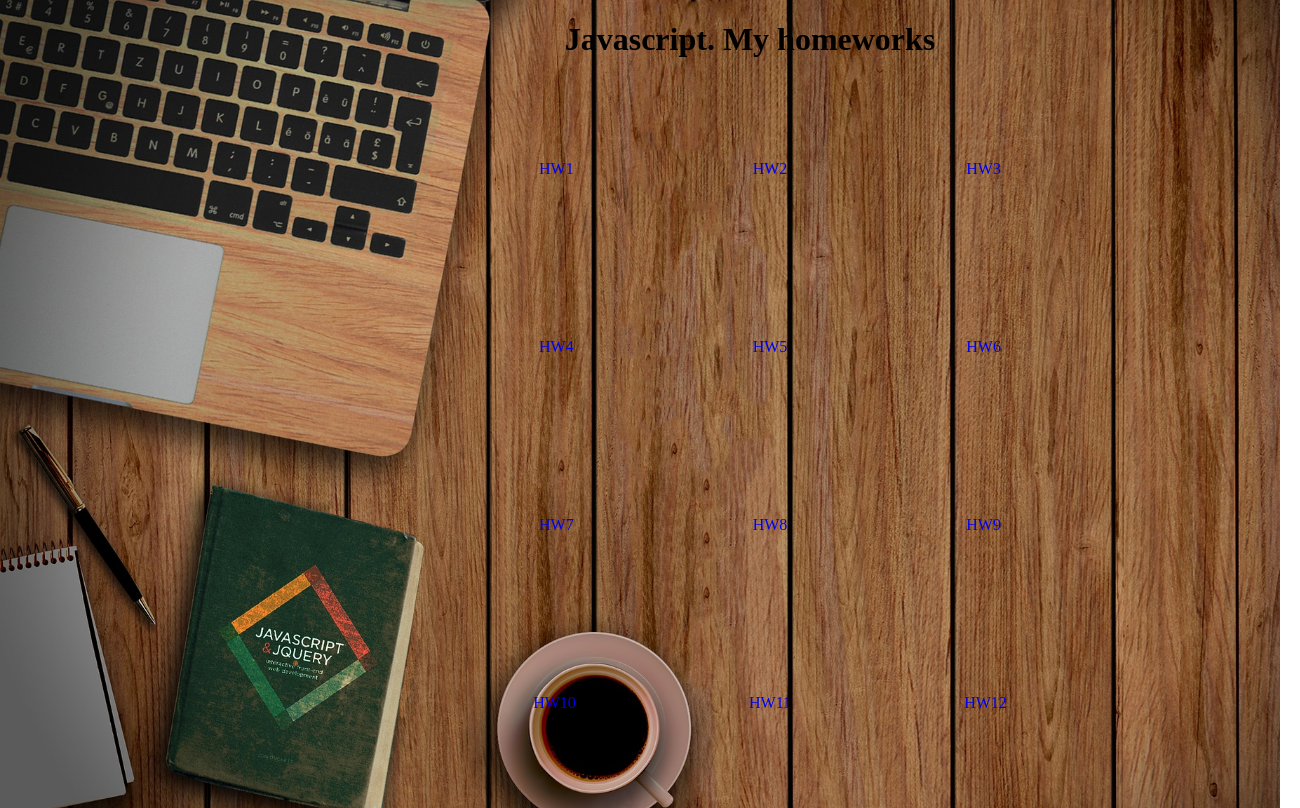
Repository: mariiastetsko/cursor-js-hw
Page: index.html
These files come from the project's save history. The page is drawn as it stood at one moment and after a run of saves; the edit follows.
The browser window is 1280 px wide. The page is 1280 px wide, then 1300 px, so the pictures cover 1300 px, including what lies to the right of the window. The pictures show the whole page.

Above is the page before, as saved 2020-07-22 20:05:03.

After the next 2 saves:
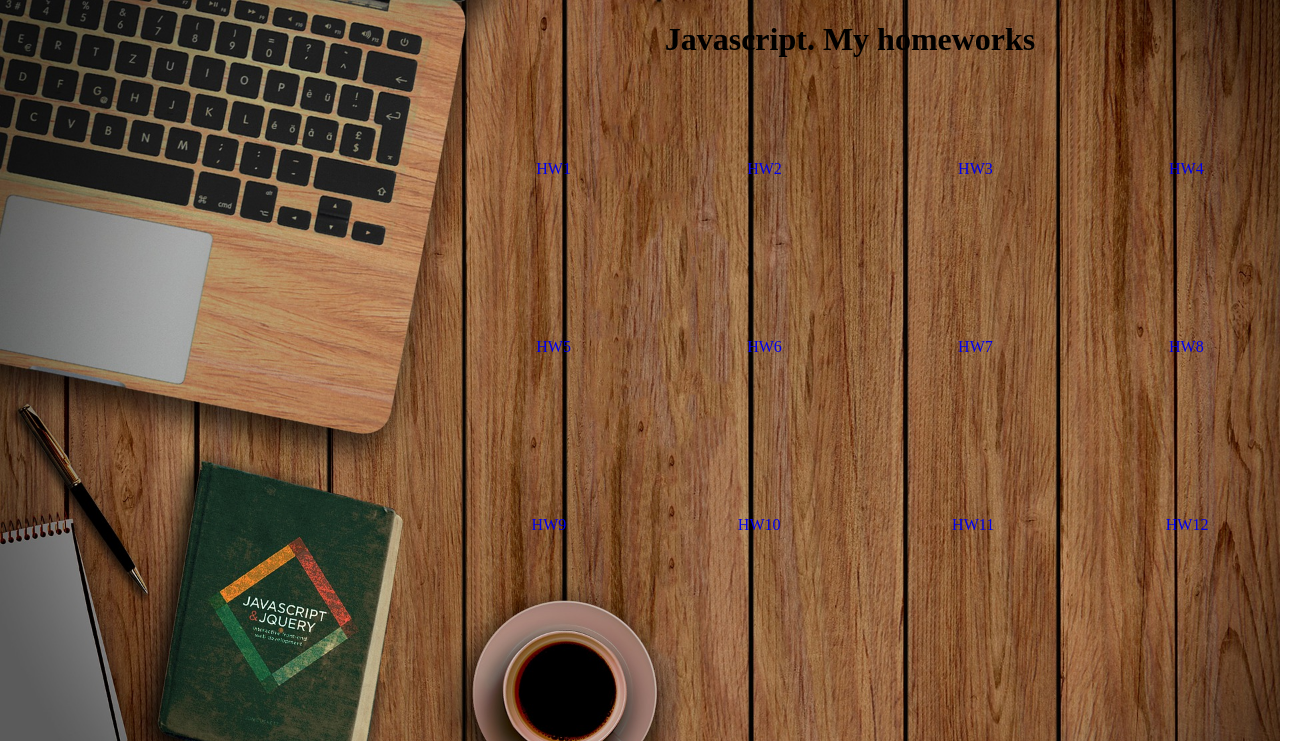
The 2 saves are shown as one change because they came seconds apart.
The last was saved 9 s later.
--- a/style.css
+++ b/style.css
@@ -36,7 +36,7 @@ li, a {
 }
 
 .homeworks {
-    width: 700px;
+    width: 900px;
     text-align: center;
     margin-left: 400px;
 }
